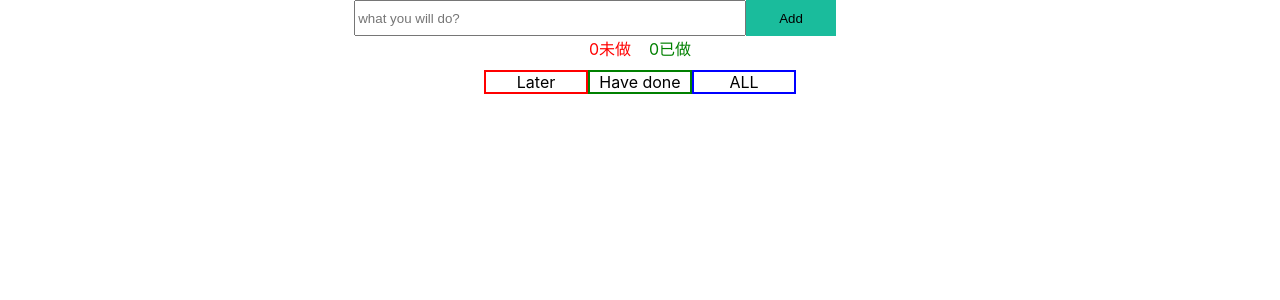
Repository: yurensmile/todolist
Page: /
An editor plug-in stored every save of this project. The page is shown before and after the next save, followed by the edit.
The browser window is 1280 px wide. The pictures show the whole page.
The project was rebuilt for these pictures with package versions that can differ from the ones it lists, and the page was loaded fresh each time. Also part of the build but not shown: src/All.js, src/HaveDone.js.

Above is the page before, as saved 2019-03-20 17:05:18.

After the next save:
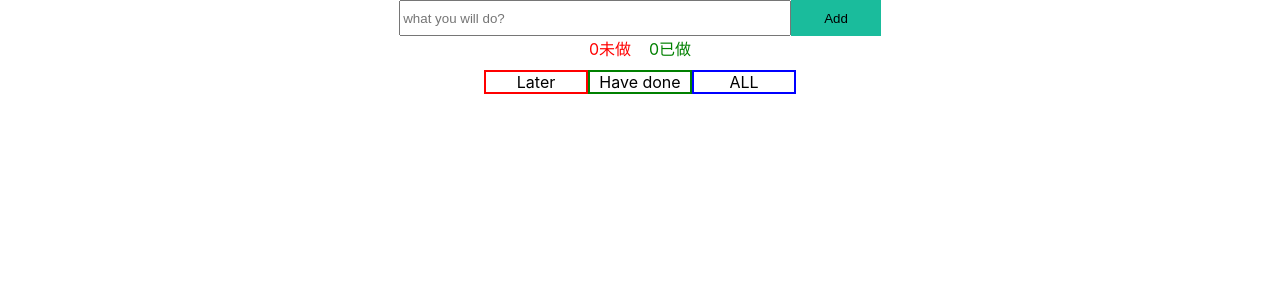
Saved 7 s later.
--- a/src/App.css
+++ b/src/App.css
@@ -51,5 +51,4 @@ button{
   border: 0px;
   width: 7%;
   height: 36px;
-  margin-right: 90px;
 }
